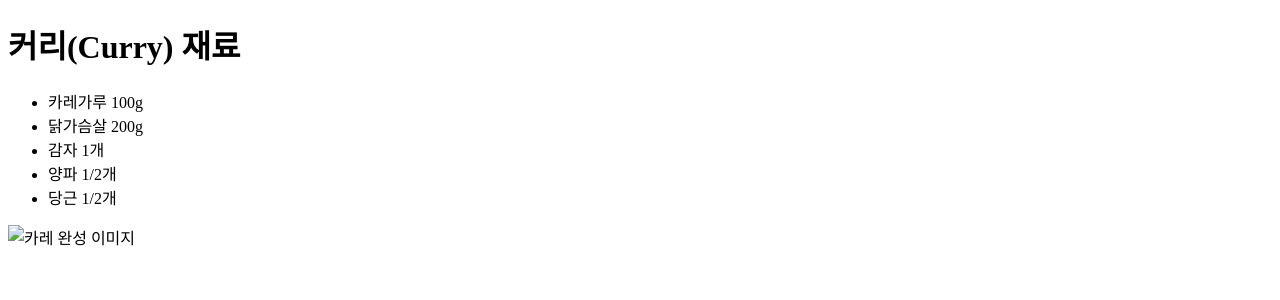
Repository: masima305/html_study
Page: Ex_1220/WebContent/day1/curry.html
An editor plug-in stored every save of this project. The page is shown before and after the next save, followed by the edit.
The browser window is 1280 px wide. The pictures show the whole page.

Above is the page before, as saved 2017-12-20 06:55:40.

### Ex_1220/WebContent/day1/curry.html
<!DOCTYPE html>
<html>
	<head>
		<meta charset="UTF-8">
		<title>Insert title here</title>
	</head>
	<body>
		<h1> 커리(Curry) 재료</h1>

		<ul>
			<li>카레가루 100g</li>
			<li>닭가슴살 200g</li>
			<li>감자 1개</li>
			<li>양파 1/2개</li>
			<li>당근 1/2개</li>

		</ul>
		<img alt="카레 완성 이미지" src="#">
	</body>
</html>

After the next save:
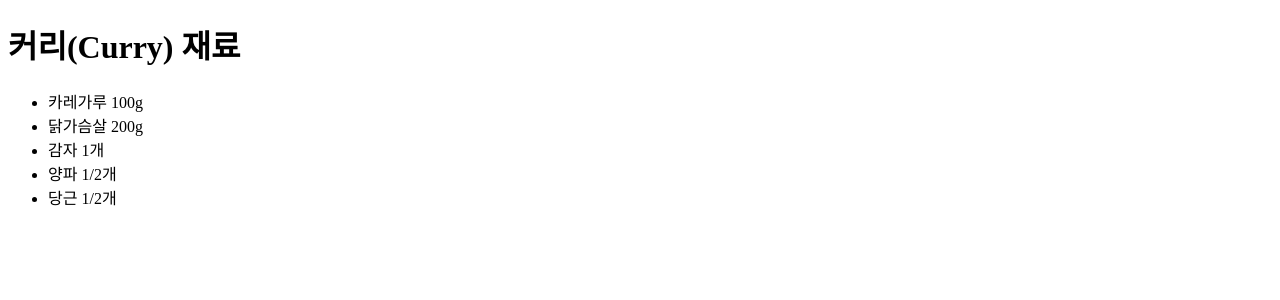
Saved 16 s later.
--- a/Ex_1220/WebContent/day1/curry.html
+++ b/Ex_1220/WebContent/day1/curry.html
@@ -15,6 +15,6 @@
 			<li>당근 1/2개</li>
 
 		</ul>
-		<img alt="카레 완성 이미지" src="#">
+		<img alt="카레 완성 이미지" src="../image/curry.jpg>
 	</body>
 </html>
